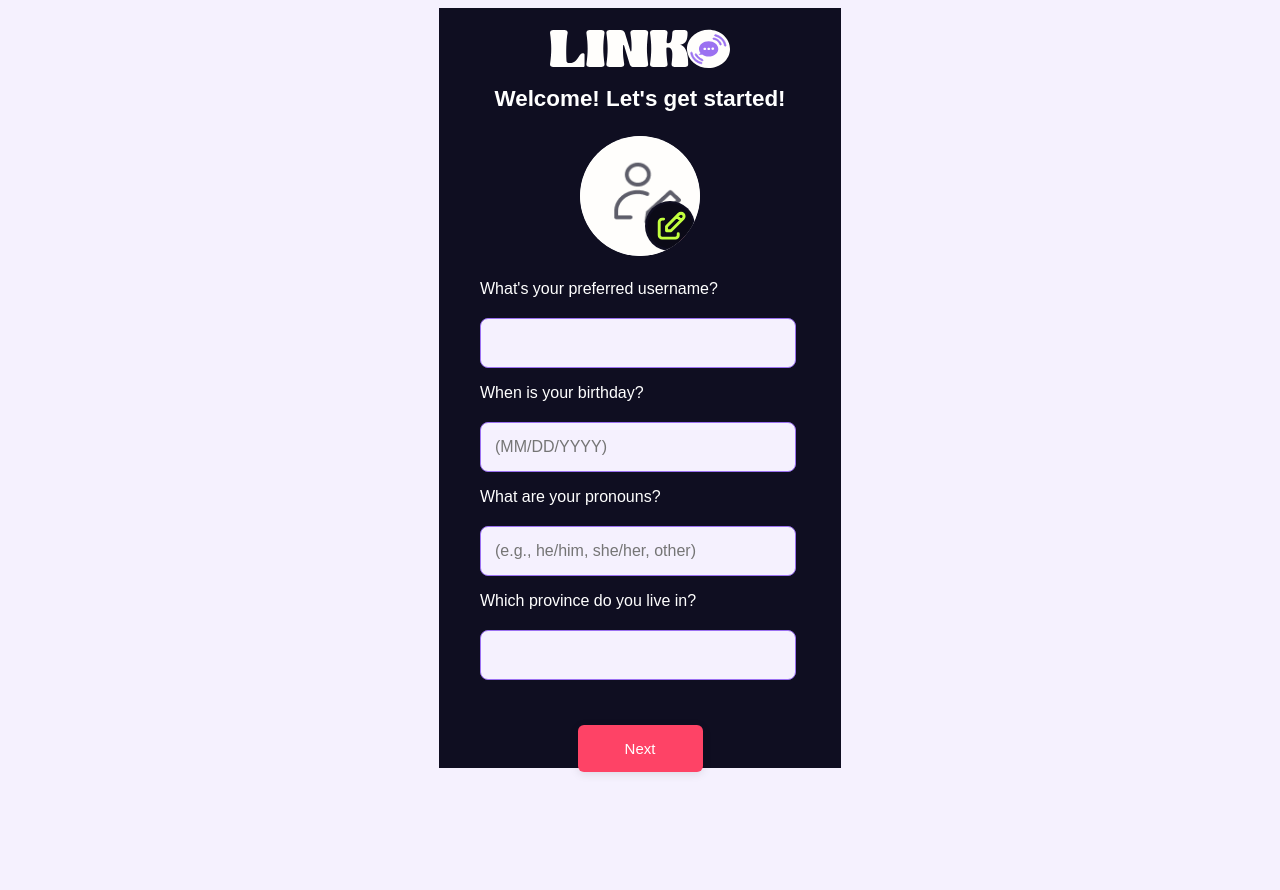
Repository: richelletiongson/MDIA2109_Linko
Page: /onboard/signup (app in linko_whatdafour/)
An editor plug-in stored every save of this project. The page is shown before and after the next save, followed by the edit.
The browser window is 1280 px wide. The pictures show the whole page.
The project was rebuilt for these pictures with package versions that can differ from the ones it lists, and the page was loaded fresh each time. The framework's server and built-in components were replaced by stand-ins that run in the browser. Also part of the build but not shown: linko_whatdafour/next.config.mjs, linko_whatdafour/app/.components/Modal/modal.module.css, linko_whatdafour/app/.components/Modal/modal.js.

Above is the page before, as saved 2025-05-20 23:56:42.

### linko_whatdafour/app/layout.js

















import { Geist, Geist_Mono } from "next/font/google";
import "./globals.css";

const geistSans = Geist({
  variable: "--font-geist-sans",
  subsets: ["latin"],
});

const geistMono = Geist_Mono({
  variable: "--font-geist-mono",
  subsets: ["latin"],
});

export const metadata = {
  title: "Create Next App",
  description: "Generated by create next app",
};

export default function RootLayout({ children }) {
  return (
    <html lang="en">
      <body className={`${geistSans.variable} ${geistMono.variable}`}>
        <div className = {"wrapper"}>
        {children}
        </div>
      </body>
    </html>
  );
}

### linko_whatdafour/app/onboard/signup/page.js
"use client"

import React, { useState } from 'react';
import Header from '@/app/.components/Header/header';
import InputField from '@/app/.components/input_field/input_field'
import { useRouter } from 'next/navigation';
import styles from './signup.module.css';
import Button from '@/app/.components/buttons';
import { PhotoGalleryModal } from '@/app/.components/Modal/modal';

export default function SignupPage() {
  const router = useRouter();

  const [profilePic, setProfilePic] = useState('/photos/DefaultProfile.png');
  const [profilePicModalOpen, setProfilePicModalOpen] = useState(false);
  const [profilePicSelection, setProfilePicSelection] = useState([profilePic]);

  const placeholderPhotos = [
    '/photos/photo_gallery/photo1.JPG',
    '/photos/photo_gallery/photo2.JPG',
    '/photos/photo_gallery/photo3.JPG',
    '/photos/photo_gallery/photo4.jpeg',
    '/photos/photo_gallery/photo5.jpeg',
    '/photos/photo_gallery/photo6.jpeg',
    '/photos/photo_gallery/photo7.jpeg',
    '/photos/photo_gallery/photo8.jpeg',
    '/photos/photo_gallery/photo9.jpeg',
    '/photos/photo_gallery/photo10.jpg',
  ];

  const handleOpenProfilePicModal = () => {
    setProfilePicSelection([profilePic]);
    setProfilePicModalOpen(true);
  };
  const handleCloseProfilePicModal = () => setProfilePicModalOpen(false);
  const handleDoneProfilePicModal = () => {
    if (profilePicSelection.length > 0) setProfilePic(profilePicSelection[0]);
    setProfilePicModalOpen(false);
  };

  return (
    <div className={styles.page}>
      <Header />
      <h2 className={styles.welcome}>Welcome! Let's get started!</h2>
      <div className={styles.profileIconWrapper}>
        <div className={styles.profileIconCircle}>
          <img
            src={profilePic}
            alt="Profile icon"
          />
          <div className={styles.addPhotoBtn}>
            <Button
              buttonText={<svg width="55" height="55" viewBox="0 0 55 55" fill="none" xmlns="http://www.w3.org/2000/svg">
                <g id="Group">
                  <circle id="Ellipse 74" cx="27.125" cy="27.125" r="27.125" fill="#0B0A17"/>
                  <path id="Vector" d="M19.25 19.25H17.5C16.5717 19.25 15.6815 19.6187 15.0251 20.2751C14.3687 20.9315 14 21.8217 14 22.75V38.5C14 39.4283 14.3687 40.3185 15.0251 40.9749C15.6815 41.6313 16.5717 42 17.5 42H33.25C34.1783 42 35.0685 41.6313 35.7249 40.9749C36.3813 40.3185 36.75 39.4283 36.75 38.5V36.75" stroke="#C2FF3E" strokeWidth="3.5" strokeLinecap="round" strokeLinejoin="round"/>
                  <path id="Vector_2" d="M35 15.7499L40.25 20.9999M42.6737 18.5237C43.363 17.8345 43.7502 16.8997 43.7502 15.9249C43.7502 14.9502 43.363 14.0154 42.6737 13.3262C41.9845 12.637 41.0497 12.2498 40.075 12.2498C39.1003 12.2498 38.1655 12.637 37.4763 13.3262L22.75 27.9999V33.2499H28L42.6737 18.5237Z" stroke="#C2FF3E" strokeWidth="3.5" strokeLinecap="round" strokeLinejoin="round"/>
                </g>
              </svg>}
              onClick={handleOpenProfilePicModal}
              type="dark_purple"
              size="big_round"
            />
          </div>
        </div>
      </div>
      <PhotoGalleryModal
        isOpen={profilePicModalOpen}
        onClose={handleCloseProfilePicModal}
        onDone={handleDoneProfilePicModal}
        availablePhotos={placeholderPhotos}
        selectedPhotos={profilePicSelection}
        setSelectedPhotos={(photosOrUpdater) => {
          if (typeof photosOrUpdater === 'function') {
            setProfilePicSelection(prev => {
              const result = photosOrUpdater(prev);
              if (result.length > 1) return [result[result.length - 1]];
              return result;
            });
          } else if (Array.isArray(photosOrUpdater)) {
            setProfilePicSelection(photosOrUpdater.length > 0 ? [photosOrUpdater[photosOrUpdater.length - 1]] : []);
          }
        }}
      />
      <form className={styles.form}>
        <label className={styles.label}>What's your preferred username?</label>
        <InputField
          placeholder = ""
          size = "large"
          color = "purple2"
        />

        <label className={styles.label}>When is your birthday?</label>
        <InputField
          placeholder = "(MM/DD/YYYY)"
          size = "large"
          color = "purple2"
        />

        <label className={styles.label}>What are your pronouns?</label>
        <InputField
          placeholder = "(e.g., he/him, she/her, other)"
          size = "large"
          color = "purple2"
        />

        <label className={styles.label}>Which province do you live in?</label>
        <InputField
          placeholder = ""
          size = "large"
          color = "purple2"
        />
      </form>

      <div className={styles.signup_Button}>
        <Button
          buttonText="Next"
          type="pink"
          size="small"
          onClick={() => router.push("/onboard/signup/questionaire/questionaire01")}
        />
        </div>
    </div>
  );
}

### linko_whatdafour/app/globals.css
:root {
  --background: #F5F1FE;
  --foreground: #fff;
}

html,
body {
  min-width: 402px;
  overflow-x: hidden;
}

body {
  color: var(--foreground);
  background: var(--background);
  font-family: Arial, Helvetica, sans-serif;
}

.wrapper {
  margin: 0 auto;
  width: 402px;
  min-height: 874px;
}












/* DEFAULT global.css
:root {
  --background: #ffffff;
  --foreground: #171717;
}

@media (prefers-color-scheme: dark) {
  :root {
    --background: #0a0a0a;
    --foreground: #ededed;
  }
}

html,
body {
  max-width: 100vw;
  overflow-x: hidden;
}

body {
  color: var(--foreground);
  background: var(--background);
  font-family: Arial, Helvetica, sans-serif;
  -webkit-font-smoothing: antialiased;
  -moz-osx-font-smoothing: grayscale;
}

* {
  box-sizing: border-box;
  padding: 0;
  margin: 0;
}

a {
  color: inherit;
  text-decoration: none;
}

@media (prefers-color-scheme: dark) {
  html {
    color-scheme: dark;
  }
}
*/

### linko_whatdafour/app/.components/Header/header.js
import React from 'react';
import styles from './header.module.css';
import Image from 'next/image';

export default function Header({ leftButton, rightButton }) {
  return (
    <header className={styles.header}>
      <div className={styles.side}>{leftButton}</div>
      <div className={styles.center}>
        <Image src="/logos/linko_primarylogo.svg" alt="Linko logo" width={180} height={42} className={styles.logo}/>
      </div>
      <div className={styles.side}>{rightButton}</div>
    </header>
  );
}

### linko_whatdafour/app/.components/input_field/input_field.js
"use client";
import React from "react";
import classNames from "classnames";
import styles from "./input_field.module.css";

export default function InputField({
  value,
  onChange,
  placeholder = "Type...",
  size = "medium",
  color = "purple1"
}) {
  const inputFieldClass = classNames(
    styles.inputField,
    styles[size],
    styles[color]
  );

  return (
    <input
      type="text"
      className={inputFieldClass}
      value={value}
      onChange={onChange}
      placeholder={placeholder}
    />
  );
}

### linko_whatdafour/app/onboard/signup/signup.module.css
.page {
    max-width: 402px;
    height: 100vh;
    background: #0F0E21;
    color: #fff;
    display: flex;
    flex-direction: column;
    align-items: center;
    justify-content: flex-start;
    padding: 20px 16px;
  }
  .welcome {
    font-size: 1.4rem;
    font-weight: 700;
    text-align: center;
    margin: 16px 0 24px 0;
  }
  .profileIconWrapper {
    display: flex;
    justify-content: center;
    width: 100%;
    margin-bottom: 24px;
  }
  .profileIconCircle {
    position: relative;
    width: 120px;
    height: 120px;
    border-radius: 50%;
    background: #fff;
    overflow: hidden;
    display: flex;
    align-items: center;
    justify-content: center;
  }
  .profileIconCircle img {
    position: absolute;
    width: 100%;
    height: 100%;
    object-fit: cover;
    border-radius: 50%;
    top: 0;
    left: 0;
  }
  .addPhotoBtn {
    position: absolute;
    bottom: 12px;
    right: 12px;
    width: 36px;
    height: 36px;
    border-radius: 50%;
    background: #FE5A7D;
    color: #fff;
    border: none;
    font-size: 2rem;
    display: flex;
    align-items: center;
    justify-content: center;
    box-shadow: 0 2px 8px rgba(0,0,0,0.10);
    cursor: pointer;
  }
  .form {
    width: 100%;
    max-width: 340px;
    display: flex;
    flex-direction: column;
    justify-content: center;
    gap: 16px;
    padding-left: 20px;
  }
  .label {
    font-size: 1rem;
    font-weight: 500;
    margin-bottom: 4px;
  }
  .signup_Button {
    display: flex;
    justify-content: center;
    padding-left: 0;
    padding-top: 45px;
  }

### linko_whatdafour/app/.components/buttons.js
'use client';
import { useRouter } from 'next/navigation';
import classnames from "classnames";
import styles from './buttons.module.css';


export default function Button({buttonText, onClick, type, size, border, className}){



  const buttonClasses = classnames(
    styles.button,
    className,
    {
      [styles.big]: size === "big",
      [styles.medium]: size === "medium",
      [styles.small]: size === "small",
      [styles.smaller]: size === "smaller",
      [styles.big_round]: size === "big_round",
      [styles.small_round]: size === "small_round",
      [styles.big_pill]: size === "big_pill",
      [styles.small_pill]: size === "small_pill",
      [styles.long]: size === "long",
      [styles.pink]: type === "pink",
      [styles.purple]: type === "purple",
      [styles.light_purple]: type === "light_purple",
      [styles.dark_purple]: type === "dark_purple",
      [styles.green]: type === "green",
      [styles.white]: type === "white",
      [styles.transparent_pinkborder]: type === "transparent_pinkborder",
      [styles.transparent_whitetxt]: type === "transparent_whitetxt",
      [styles.transparent_greentxt]: type === "transparent_greentxt",
      [styles.pink_border]: border === "pink_border",
      [styles.green_border]: border === "green_border",
      [styles.nav]: type === "nav",
      [styles.nav_active]: type === "nav_active",
    }
  );
  return (

  <button
  className={buttonClasses}
  onClick={onClick}
  >

  {buttonText}

  </button>

  )
};























/*export const BigPinkButton = ({
    route,
    buttonText = 'Next',
  }) => {
    const router = useRouter();

    // Handle navigation to the specified route
    const handleNavigation = () => {
      // Navigate to the specified route
      router.push(route);
    };

    return (
      <div className={styles.buttonContainer}>
        <button
          onClick={handleNavigation}
          className={styles.bigPinkButton}
          type="button"
        >
          {buttonText}
        </button>
      </div>
    );
  };

  export const BigPurpleButton = ({
    route,
    buttonText = 'GET STARTED',
    onClick = null
  }) => {
    const router = useRouter();

    // Handle navigation to the specified route
    const handleNavigation = () => {
      // Navigate to the specified route
      router.push(route);
    };

    return (
      <div className={styles.buttonContainer}>
        <button
          onClick={handleNavigation}
          className={styles.bigPurpleButton}
          type="button"
        >
          {buttonText}
        </button>
      </div>
    );
  };*/

### linko_whatdafour/app/.components/Header/header.module.css
.header {
  display: grid;
  grid-template-columns: 1fr auto 1fr;
  align-items: center;
  height: 80px;
  background: transparent;
  padding: 0px 16px;
}

.side {
  display: flex;
  align-items: center;
  justify-content: flex-start;
  height: 100%;
}

.side:last-child {
  justify-content: flex-end;
}

.center {
  display: flex;
  align-items: center;
  justify-content: center;
  height: 100%;
}

### linko_whatdafour/app/.components/input_field/input_field.module.css
.inputField {
    padding: 10px 14px;
    font-size: 16px;
    border: 0.75px solid #9B71F1;
    box-sizing: border-box;
    outline: none;
    border-radius: 8px;
  }


  .small {
    width: 216.45px;
    height: 54.97px;
  }

  .medium {
    width: 288px;
    height: 65px;
  }

  .large {
    width: 316px;
    height: 50px;
  }

  .xlarge {
    width: 351.55px;
    height: 54.97px;
  }

  .chatSize {
    width: 400px;
    height: 45px;
    border-radius: 30px;
  }

  .white {
    background-color: #FFFFFF;
  }

  .purple1 {
    background-color: #E0C3FE;
  }

  .purple2 {
    background-color: #F5F1FE;
  }

  .purple3 {
    background-color: #E0C3FE;
  }

### linko_whatdafour/app/.components/buttons.module.css
.pink {
  background-color: #FE4366;
  color: white;
  border: none;
}

.purple {
  background-color: #9B71F1;
  color: white;
  border: none;
}

.light_purple {
  background-color: #E0C3FE;
  color: #06060E;
  border: none;
}

.dark_purple {
  background-color: #0F0E21;
  color: #C2FF3E;
  border: none;
}

.green {
  background-color: #C2FF3E;
  color: #06060E;
  border: none;
}

.white {
  background-color: #FFFEFC;
  color: #412F65;
  border: 2px solid #9B71F1;
}

.transparent_pinkborder {
  background-color: rgba(0, 0, 0, 0);
  color: #FFFEFC;
}

.transparent_whitetxt {
  background: transparent;
  color: #FFFEFC;
  border: none;
}

.transparent_greentxt {
  background-color: rgba(0, 0, 0, 0);
  color: #C2FF3E;
  border: none;
}

.pink_border {
  border: 1px solid #FE4366 !important;
}

.green_border {
  border: 1px solid #C2FF3E !important;
}

.small_round {
  display: flex;
  border-radius: 50%;
  border: none;
  width: 30px;
  height: 30px;
  padding: 2px 2px;
  flex-direction: column;
  justify-content: center;
  align-items: center;
}

.big_round {
  display: flex;
  border-radius: 50%;
  border: none;
  width: 50px;
  height: 50px;
  padding: 2px 2px;
  flex-direction: column;
  justify-content: center;
  align-items: center;
}

.big {
  font-weight: 700px;
  font-size: 19px;
  padding: 14px 20px;
  border-radius: 15px;
  width: 325px;
  text-align: center;
  box-shadow: 0 4px 6px rgba(0, 0, 0, 0.1);
}

.medium {
  font-weight: 700px;
  font-size: 16px;
  padding: 16px 24px;
  border-radius: 8px;
  width: 100%;
  max-width: 200px;
  text-align: center;
  box-shadow: 0 2px 10px rgba(0, 0, 0, 0.1);
}

.small {
  font-weight: 700px;
  font-size: 15px;
  padding: 15px 20px;
  border-radius: 6px;
  width: 100%;
  min-width: 125px;
  max-width: 200px;
  text-align: center;
  box-shadow: 0 2px 10px rgba(0, 0, 0, 0.1);
}

.smaller {
  font-weight: 700px;
  font-size: 15px;
  padding: 12px 12px;
  border-radius: 8px;
  width: 100%;
  min-width: 83px;
  max-width: 100px;
  text-align: center;
  box-shadow: 0 2px 10px rgba(0, 0, 0, 0.1);
}

.big_pill {
  display: inline-block;
  padding: 10px 20px;
  border-radius: 20px;
  border: 0.5px solid transparent;
  font-size: 16px;
  text-align: center;
  min-width: 100px;
  max-width: 100%;
  width: auto;
  white-space: normal;
  overflow: hidden;
  text-overflow: ellipsis;
  box-shadow: 0 2px 10px rgba(0, 0, 0, 0.1);
}

.small_pill {
  display: inline-block;
  padding: 4px 12px;
  border: none;
  border-radius: 20px;
  font-size: 13px;
  text-align: center;
  max-width: 100%;
  width: auto;
  white-space: normal;
  overflow: hidden;
  text-overflow: ellipsis;
  box-shadow: 0 2px 10px rgba(0, 0, 0, 0.1);
}

.long {
  display: flex;
  flex-direction: column;
  justify-content: center;
  font-weight: 700px;
  font-size: 16px;
  padding: 14px 20px;
  border-radius: 15px;
  width: 370px;
  height: 35px;
  text-align: center;
  box-shadow: 0 4px 6px rgba(0, 0, 0, 0.1);
}

.button.dark_purple.long.green_border:hover {
  background: #C2FF3E;
  color: #0F0E21;
}

.button.nav {
  background: none;
  border: none;
  color: #fff;
  font-size: 1.2rem;
  display: flex;
  flex-direction: column;
  align-items: center;
  gap: 4px;
  cursor: pointer;
  transition: color 0.2s;
  font-family: 'Lexend', 'Geist', 'Inter', Arial, sans-serif;
  font-weight: 400;
  box-shadow: none;
  outline: none;
}

.button.nav_active {
  color: #BCA6F7;
  font-weight: 500;
}

.button.nav .icon,
.button.nav_active .icon {
  display: flex;
  align-items: center;
  justify-content: center;
  font-size: 2rem;
  color: inherit;
  transition: color 0.2s;
}






















/*.bigPinkButton {
    width: 100%;
    max-width: 200px;
    padding: 16px 24px;
    border-radius: 8px;
    font-size: 16px;
    font-weight: 700;
    color: white;
    text-align: center;
    cursor: pointer;
    transition: all 0.3s ease;
    display: block;
    margin: 16px 0;
    box-shadow: 0 2px 10px rgba(0, 0, 0, 0.1);
    background-color:#FE4366;
  }

  .bigPinkButton:hover {
    background-color:#6B1C2B;
  }

  .bigPurpleButton {
    background-color: #9B71F1; /* Purple color that matches the image
    color: white;
    font-weight: 700;
    letter-spacing: 0.5px;
    font-size: 19px;
    padding: 14px 20px;
    border-radius: 15px;
    border: none;
    cursor: pointer;
    transition: all 0.3s ease;
    width: 100%;
    max-width: 325px;
    text-align: center;
    box-shadow: 0 4px 6px rgba(0, 0, 0, 0.1);
    text-transform: uppercase;
  }

  .bigPurpleButton:hover {
    background-color: #8a57ff;
  }



  .buttonContainer {
    display: inline-block;
    width: 100%;
    max-width: 200px;
  }
    */

After the next save:
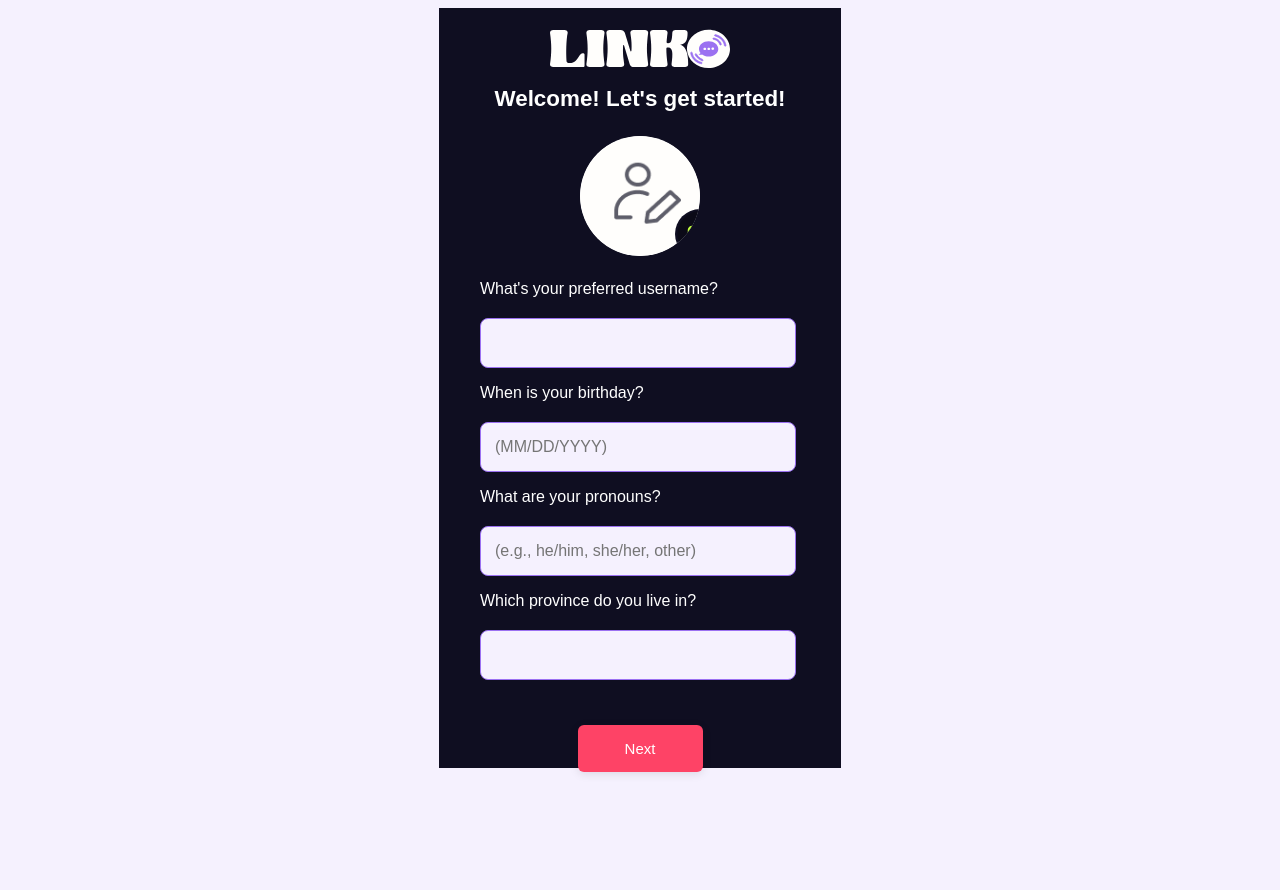
Saved 96 s later.
--- a/linko_whatdafour/app/onboard/signup/signup.module.css
+++ b/linko_whatdafour/app/onboard/signup/signup.module.css
@@ -44,19 +44,13 @@
   .addPhotoBtn {
     position: absolute;
     bottom: 12px;
-    right: 12px;
-    width: 36px;
-    height: 36px;
-    border-radius: 50%;
-    background: #FE5A7D;
-    color: #fff;
-    border: none;
-    font-size: 2rem;
+    right: -10px;
+    width: 20px;
+    height: 20px;
     display: flex;
     align-items: center;
     justify-content: center;
     box-shadow: 0 2px 8px rgba(0,0,0,0.10);
-    cursor: pointer;
   }
   .form {
     width: 100%;
